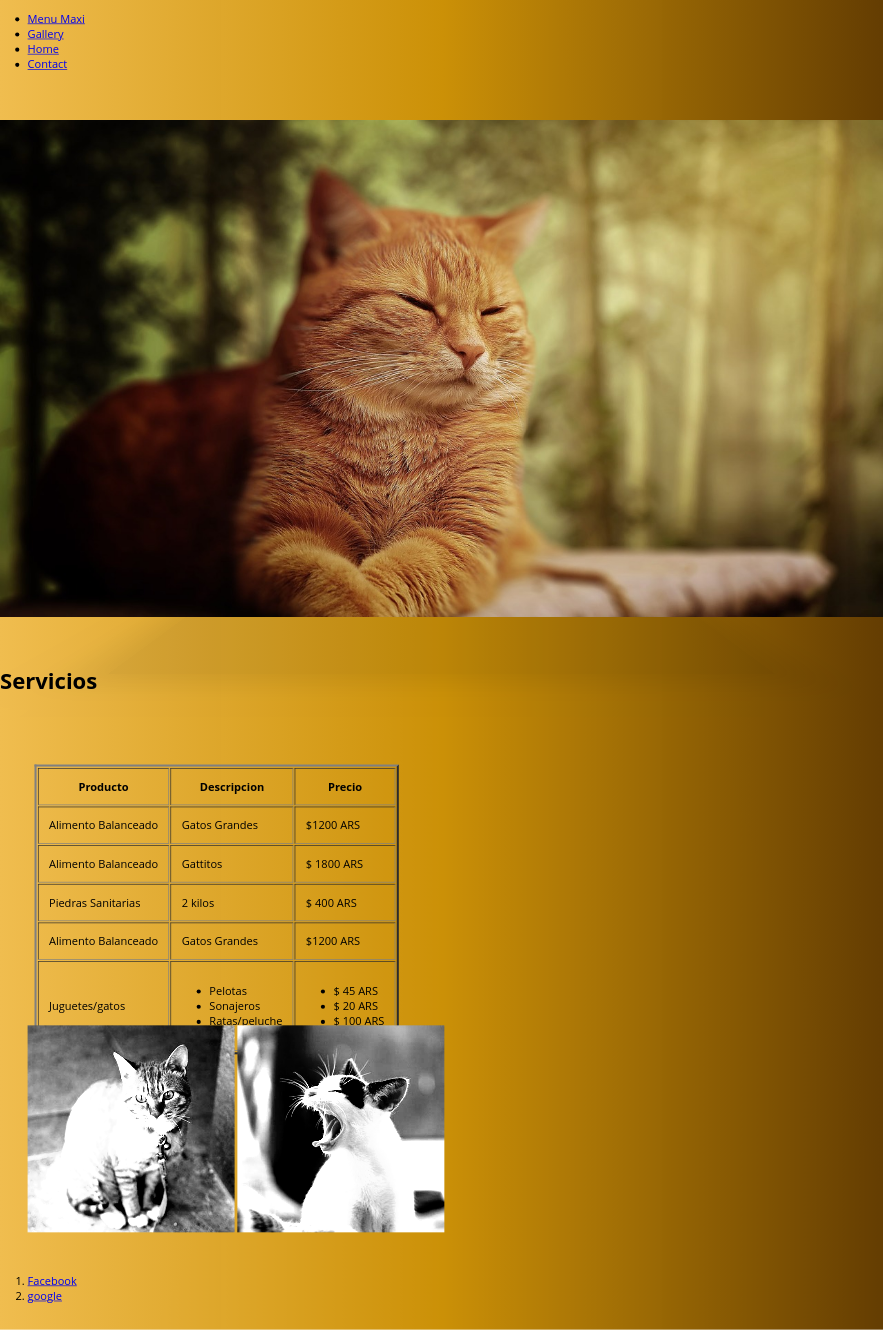
Repository: raul4264/final
Page: Services.html
These files come from the project's save history. The page is drawn as it stood at one moment and after the next save; the edit follows.
The browser window is 1280 px wide. The pictures show the whole page, at 69% of full size.

Above is the page before, as saved 2021-03-26 09:21:54.

After the next save:
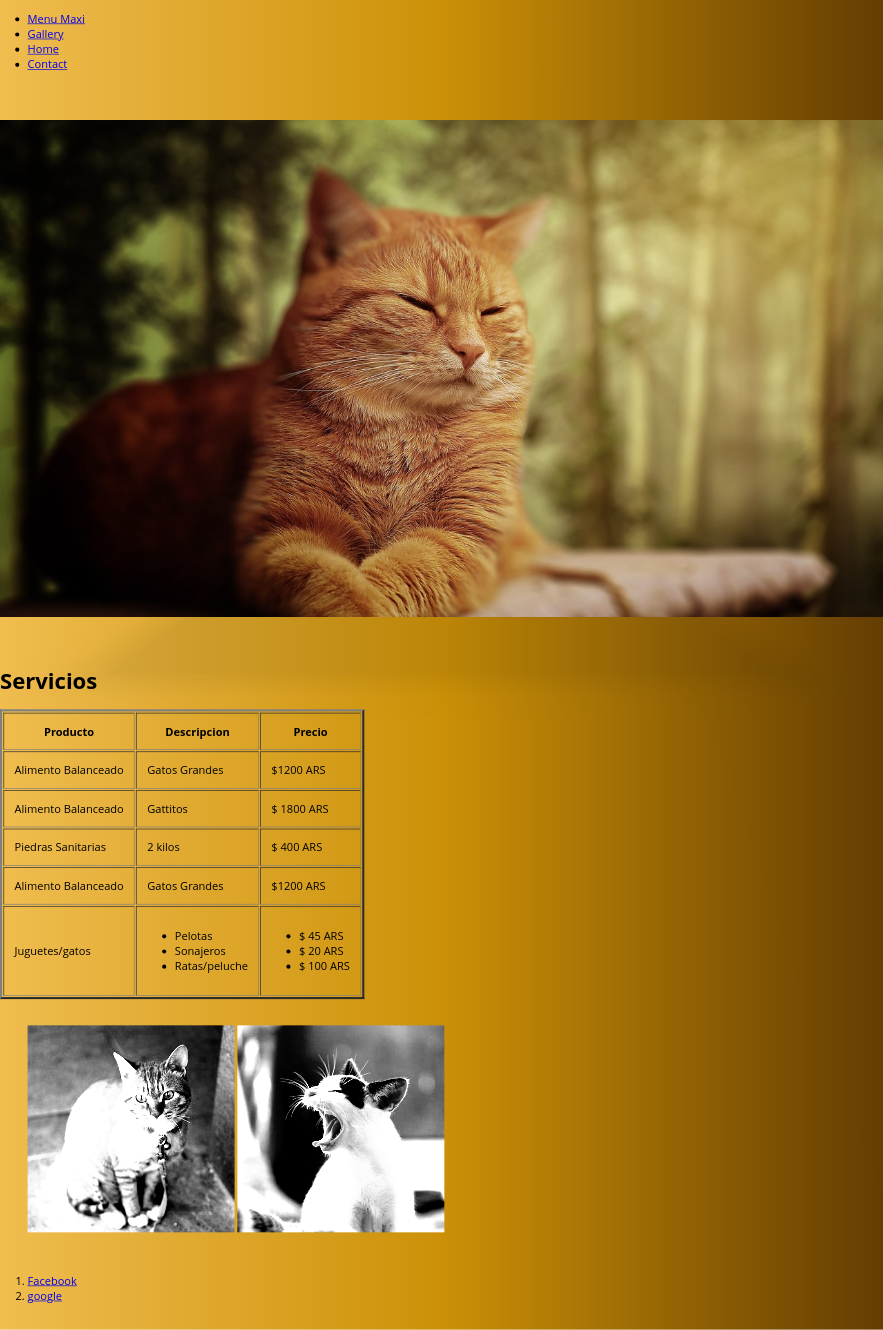
Saved 33 s later.
--- a/css/services.css
+++ b/css/services.css
@@ -93,6 +93,6 @@ background: linear-gradient(90deg, rgba(240,189,79,1) 0%, rgba(203,144,6,0.99483
     box-shadow: 0 0 25px 25px rgba(0, 0, 0, 0.5);
     transform: rotateX(0) translateZ(-60px) scale(0.85);
 }
-table{
+.table{
     transform:translate(50px, 80px) ;
 }

After the save that followed:
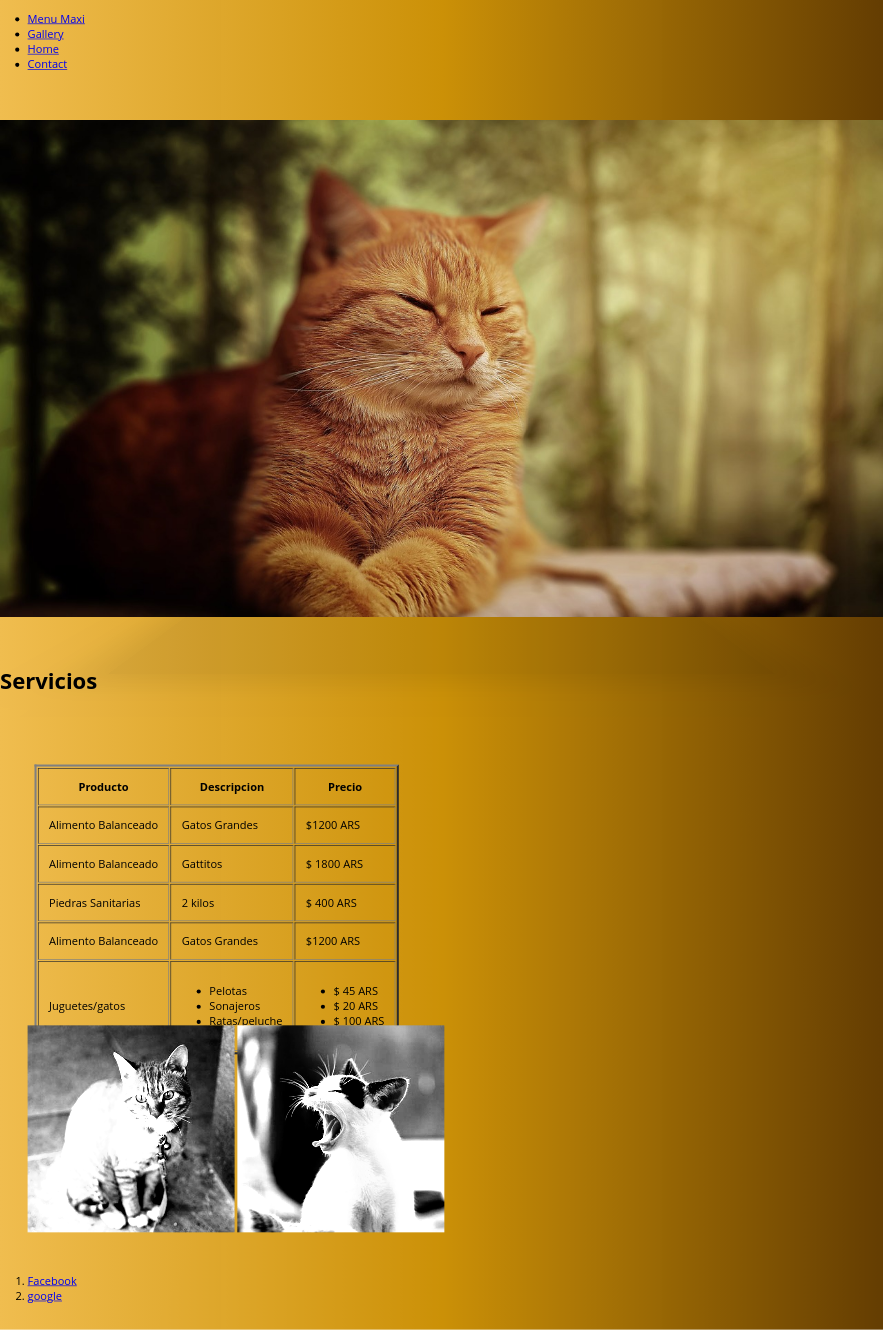
Saved 30 s later.
--- a/Services.html
+++ b/Services.html
@@ -37,7 +37,7 @@
         <h1>Servicios</h1>
         <section>
 
-            <table border="3px" cellpadding="15px">
+            <table border="3px" cellpadding="15px" class="table">
                 <tr>
                     <th>Producto</th>
                     <th>Descripcion</th>
